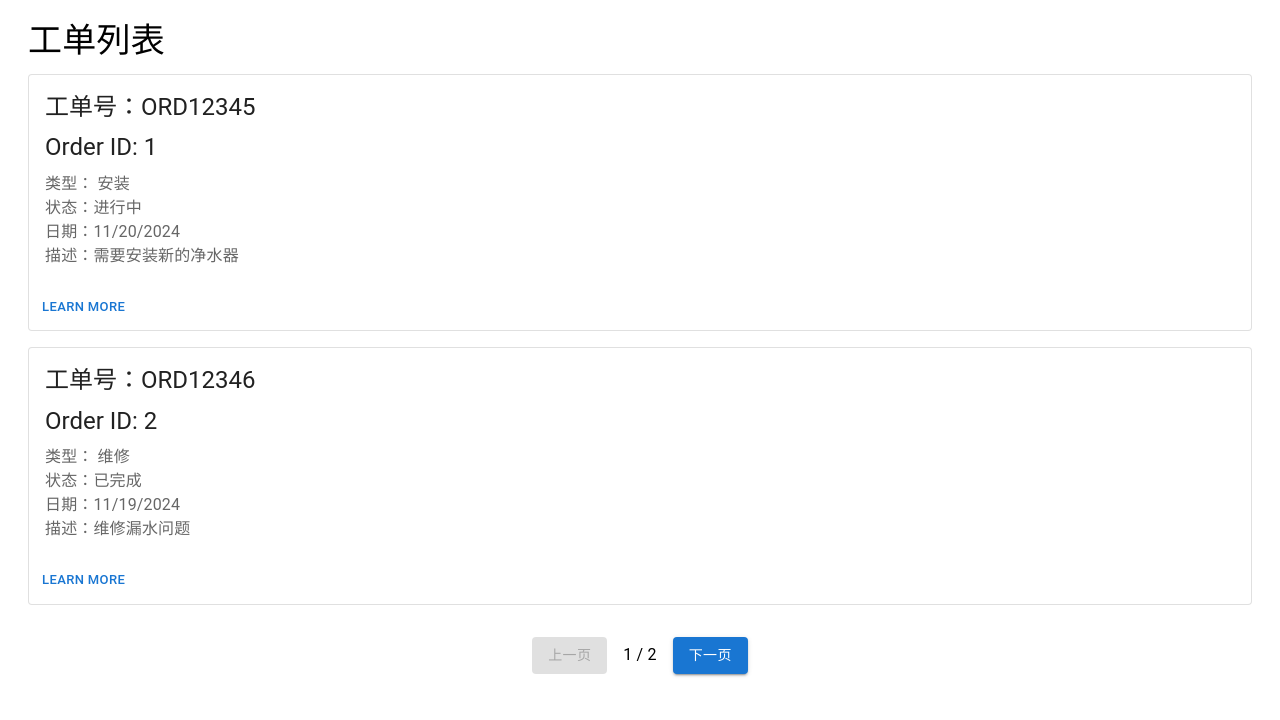
Repository: SummerEkko/uitest1
Page: /
These files come from the project's save history. The page is drawn as it stood at one moment and after a run of saves; the edit follows.
The browser window is 1280 px wide. The pictures show the whole page.
The project was rebuilt for these pictures with package versions that can differ from the ones it lists, and the page was loaded fresh each time. Also part of the build but not shown: src/pages/OrderDetailsPage.jsx.

Above is the page before, as saved 2024-11-21 23:56:38.

### src/App.js
import React from "react";
import { BrowserRouter as Router, Routes, Route } from "react-router-dom";
import StatusPage from "./pages/StatusPage.tsx"; // 确保路径和后缀正确
import OrderDetailsPage from "./pages/OrderDetailsPage";

function App() {
  return (
    <Router>
      <Routes>
        <Route path="/" element={<StatusPage />} />
        <Route path="/order-details" element={<OrderDetailsPage />} />
      </Routes>
    </Router>
  );
}

export default App;

### src/pages/StatusPage.tsx
import React, { useState, useEffect } from "react";
import {
  Card,
  CardContent,
  CardActions,
  Button,
  Box,
  Typography,
  Grid,
} from "@mui/material";
import { Link } from "react-router-dom";

interface TicketOrder {
  Id: number;
  Type: string;
  CreatedAt: string;
  Description: string;
  detail: {
    order_number: string;
    status: string;
    type: string;
  };
}

const StatusPage = () => {
  // Hardcoded data to simulate API response
  const hardcodedOrders: TicketOrder[] = [
    {
      Id: 1,
      Type: "1",
      CreatedAt: "2024-11-20T12:34:56Z",
      Description: "需要安装新的净水器",
      detail: {
        order_number: "ORD12345",
        status: "进行中",
        type: "安装",
      },
    },
    {
      Id: 2,
      Type: "2",
      CreatedAt: "2024-11-19T11:22:33Z",
      Description: "维修漏水问题",
      detail: {
        order_number: "ORD12346",
        status: "已完成",
        type: "维修",
      },
    },
    {
      Id: 3,
      Type: "3",
      CreatedAt: "2024-11-18T10:11:22Z",
      Description: "检查水质问题",
      detail: {
        order_number: "ORD12347",
        status: "待处理",
        type: "检查",
      },
    },
  ];

  const [orders, setOrders] = useState<TicketOrder[]>([]);
  const [loading, setLoading] = useState(true);
  const [page, setPage] = useState(1);
  const itemsPerPage = 2;
  const totalPages = Math.ceil(hardcodedOrders.length / itemsPerPage);

  useEffect(() => {
    // Simulate API call delay
    setTimeout(() => {
      const startIndex = (page - 1) * itemsPerPage;
      const paginatedOrders = hardcodedOrders.slice(
        startIndex,
        startIndex + itemsPerPage
      );
      setOrders(paginatedOrders);
      setLoading(false);
    }, 500);
  }, [page]);

  const handlePageChange = (newPage: number) => {
    if (newPage >= 1 && newPage <= totalPages) {
      setLoading(true);
      setPage(newPage);
    }
  };

  return (
    <div style={{ margin: "20px" }}>
      <Typography variant="h4" gutterBottom>
        工单列表
      </Typography>

      {loading ? (
        <Typography>加载中...</Typography>
      ) : (
        <Grid container spacing={2}>
          {orders.length > 0 ? (
            orders.map((order) => (
              <Grid item xs={12} key={order.Id}>
                <Card variant="outlined">
                  <CardContent>
                    <Typography variant="h5" gutterBottom>
                      工单号：{order.detail.order_number}
                    </Typography>
                    <Typography variant="h5" gutterBottom>
                      Order ID: {order.Id}
                    </Typography>
                    <Typography color="textSecondary">
                      类型：{" "}
                      {(() => {
                        const typeValue = Number(order.Type);
                        switch (typeValue) {
                          case 1:
                            return "安装";
                          case 2:
                            return "维修";
                          case 3:
                            return "检查";
                          default:
                            return "未知类型";
                        }
                      })()}
                    </Typography>
                    <Typography color="textSecondary">
                      状态：{order.detail.status}
                    </Typography>
                    <Typography color="textSecondary">
                      日期：{new Date(order.CreatedAt).toLocaleDateString()}
                    </Typography>
                    <Typography color="textSecondary">
                      描述：{order.Description || "无描述"}
                    </Typography>
                  </CardContent>
                  <CardActions>
                    <Button size="small" color="primary">
                      Learn More
                    </Button>
                  </CardActions>
                </Card>
              </Grid>
            ))
          ) : (
            <Typography>暂无工单。</Typography>
          )}
        </Grid>
      )}

      <Box display="flex" justifyContent="center" alignItems="center" mt={4}>
        <Button
          variant="contained"
          color="primary"
          onClick={() => handlePageChange(page - 1)}
          disabled={page <= 1}
        >
          上一页
        </Button>
        <Typography style={{ margin: "0 16px" }}>
          {page} / {totalPages}
        </Typography>
        <Button
          variant="contained"
          color="primary"
          onClick={() => handlePageChange(page + 1)}
          disabled={page >= totalPages}
        >
          下一页
        </Button>
      </Box>
    </div>
  );
};

export default StatusPage;

Loaded but not shown: public/index.html (common file); src/index.js (common file)

After the next 3 saves:
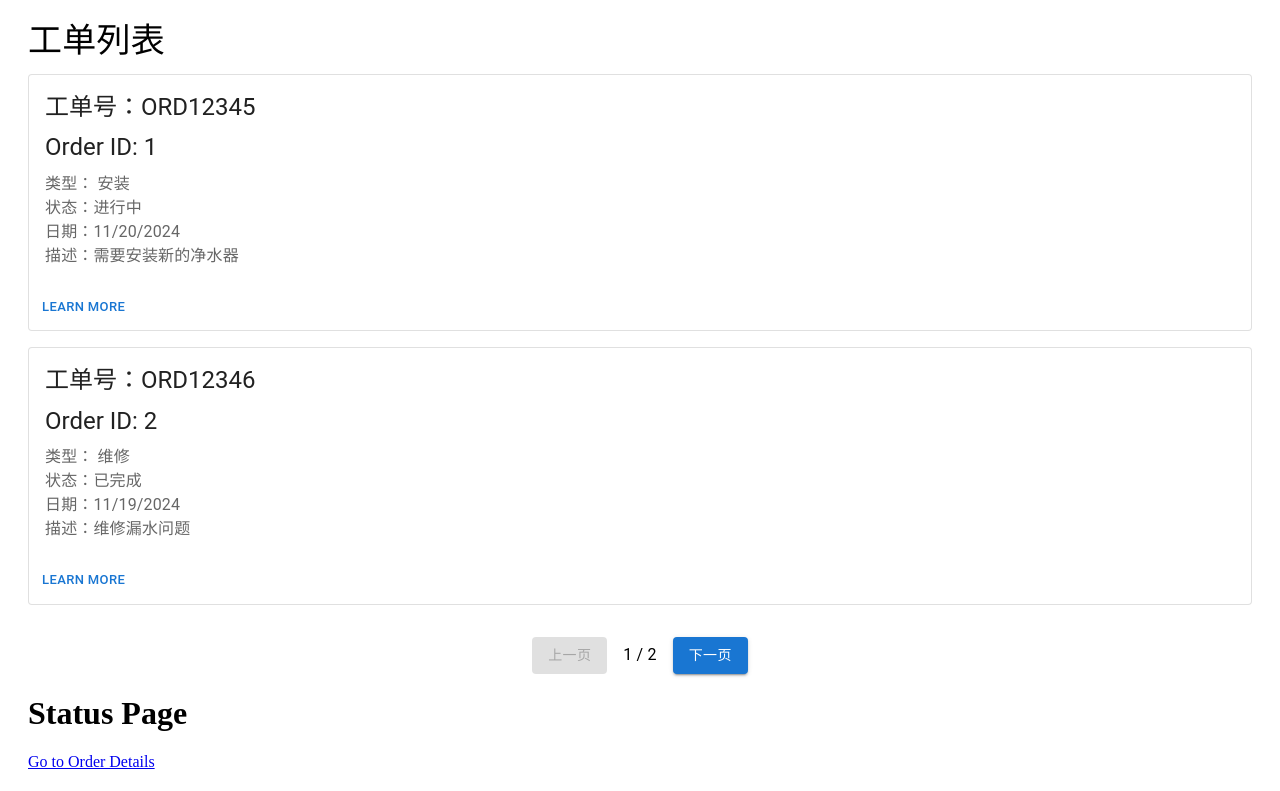
The 3 saves are shown as one change because they came seconds apart.
The last was saved 13 s later.
--- a/src/pages/StatusPage.tsx
+++ b/src/pages/StatusPage.tsx
@@ -168,6 +168,10 @@ const StatusPage = () => {
           下一页
         </Button>
       </Box>
+      <div>
+        <h1>Status Page</h1>
+        <Link to="/order-details">Go to Order Details</Link>
+      </div>
     </div>
   );
 };
